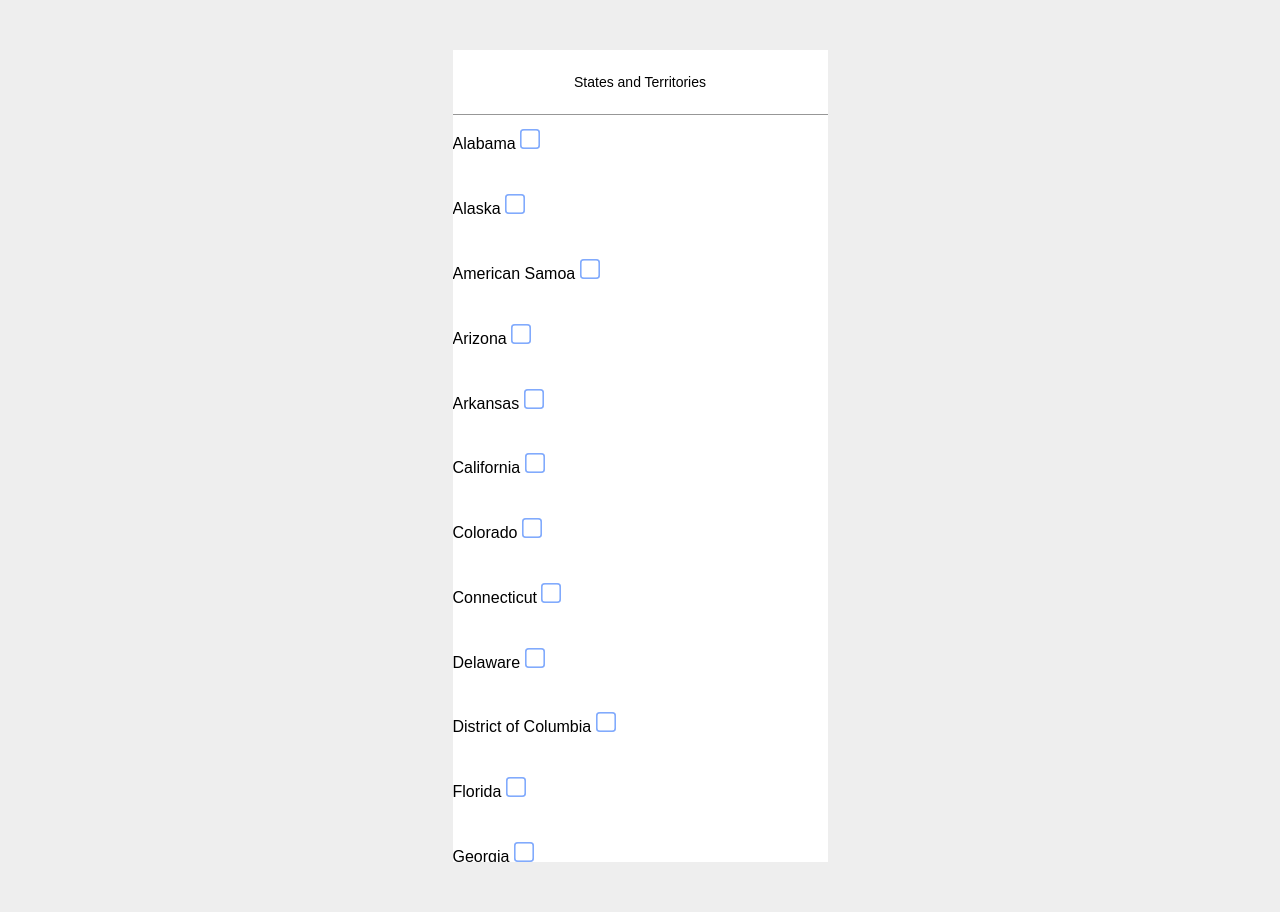
Repository: zitac234/codingTest
Page: /
An editor plug-in stored every save of this project. The page is shown before and after the next save, followed by the edit.
The browser window is 1280 px wide. The pictures show the whole page.
The project was rebuilt for these pictures with package versions that can differ from the ones it lists, and the page was loaded fresh each time.

Above is the page before, as saved 2021-03-31 15:07:19.

After the next save:
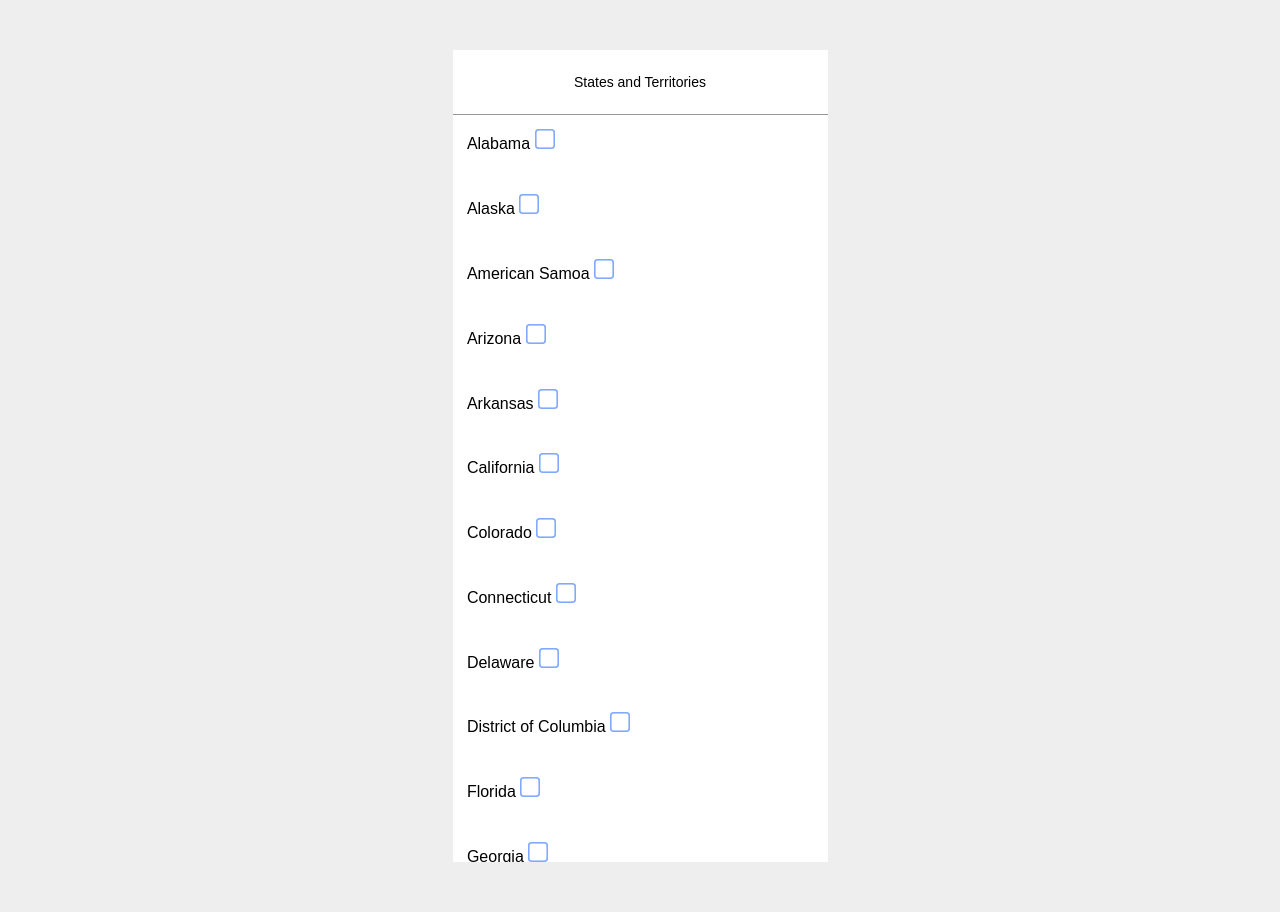
Saved 11 s later.
--- a/src/List.css
+++ b/src/List.css
@@ -4,5 +4,5 @@
 }
 .state{
   height: 7vh;
-  margin-top: 2vh;
+  margin: 2vh;
 }
